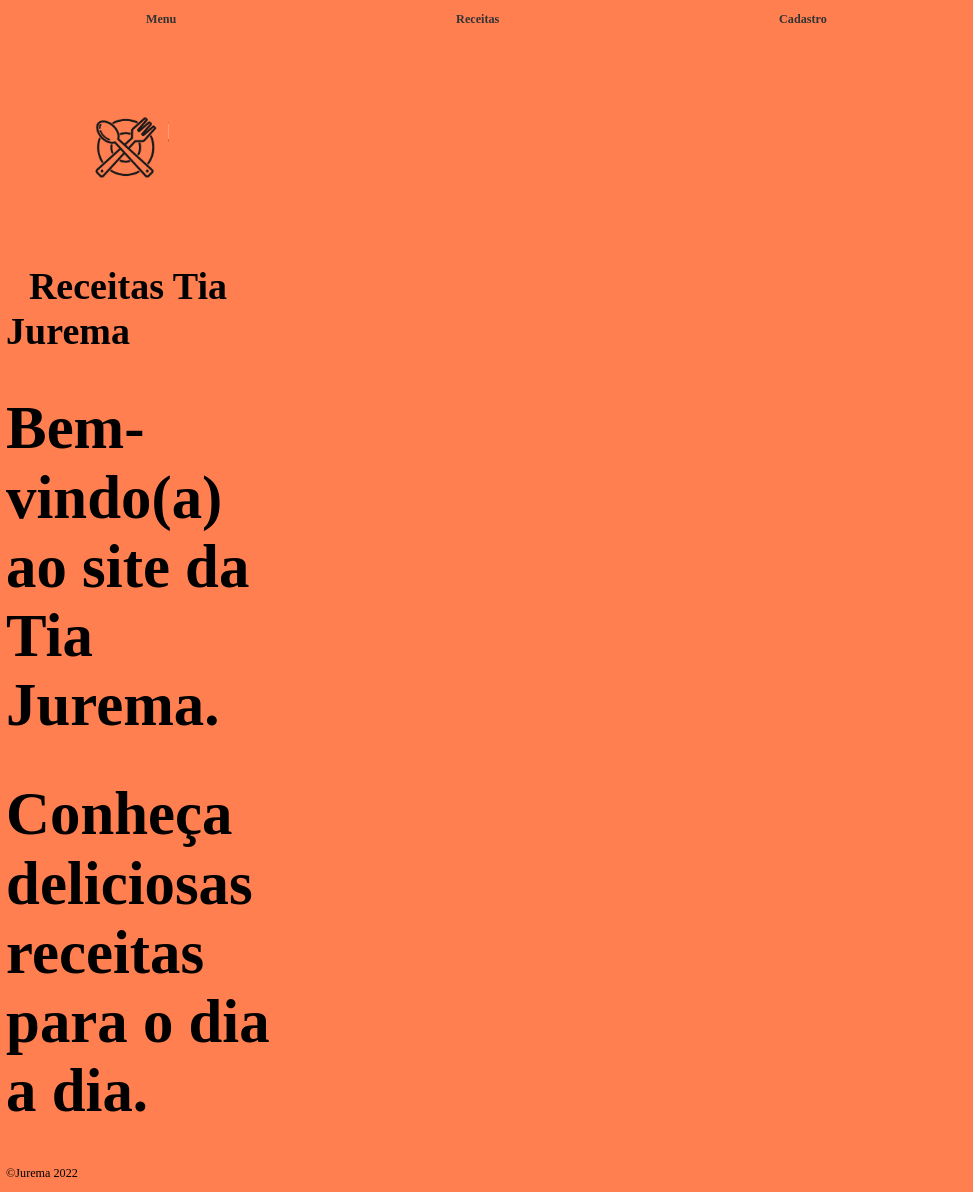
Repository: devropaes/RECEITAS
Page: OneDrive/Área de Trabalho/Estudos/Estácio/receitas/menu.html
The author's editor kept a copy of each file at every save. The page is drawn from the files as they stood at one save, then again after the next save.
The browser window is 1280 px wide. The pictures show the whole page, at 76% of full size.
Some web libraries are served in a nearby version.

Above is the page before, as saved 2024-03-12 14:12:55.

After the next save:
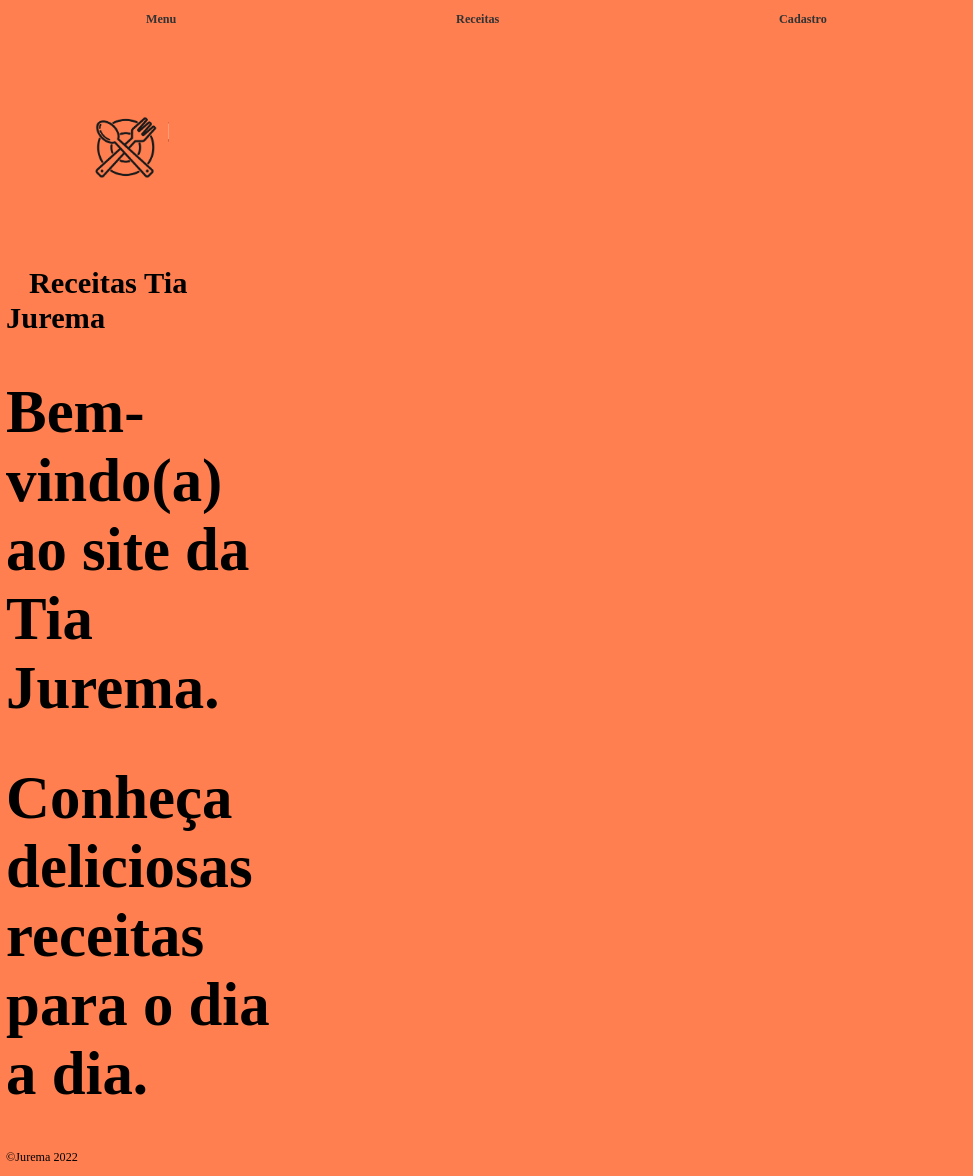
Saved 3 min 1 s later.
--- a/OneDrive/Área de Trabalho/Estudos/Estácio/receitas/menu.css
+++ b/OneDrive/Área de Trabalho/Estudos/Estácio/receitas/menu.css
@@ -23,6 +23,7 @@ img {
 }
 
 .receitas__tia__jurema {
+    align: middle
     font-size: 1.25em;
     padding: 30px;
     display:flexbox;

After the 5 saves that followed:
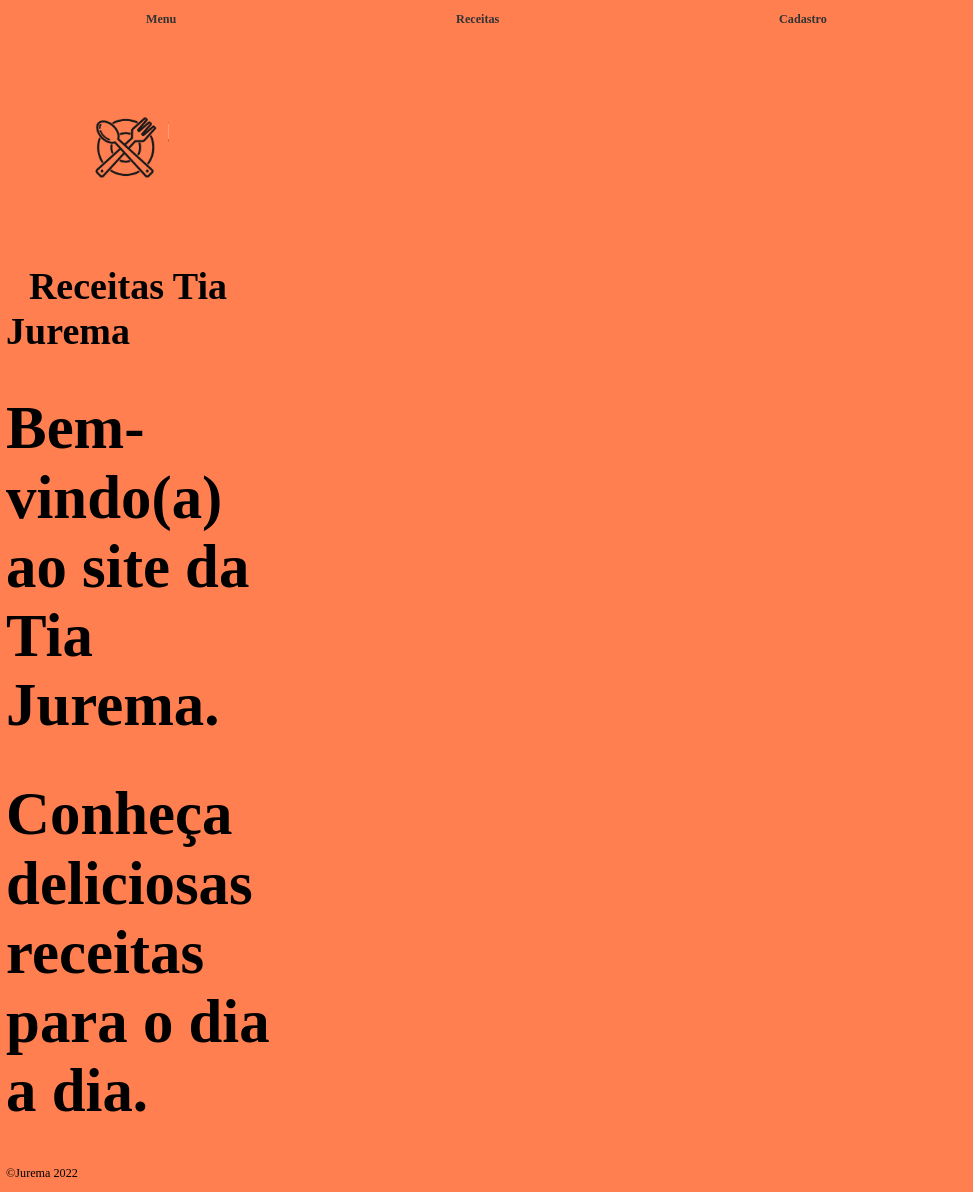
The 5 saves are shown as one change because 4 left the picture as it was.
The last was saved 47 s later.
--- a/OneDrive/Área de Trabalho/Estudos/Estácio/receitas/menu.css
+++ b/OneDrive/Área de Trabalho/Estudos/Estácio/receitas/menu.css
@@ -23,13 +23,13 @@ img {
 }
 
 .receitas__tia__jurema {
-    align: middle
+
     font-size: 1.25em;
     padding: 30px;
-    display:flexbox;
-    width: 20%;
-    margin-right: 15%;
-    text-align:justify;
+
+
+
+
 }
 .logo {
     width: 30%;
